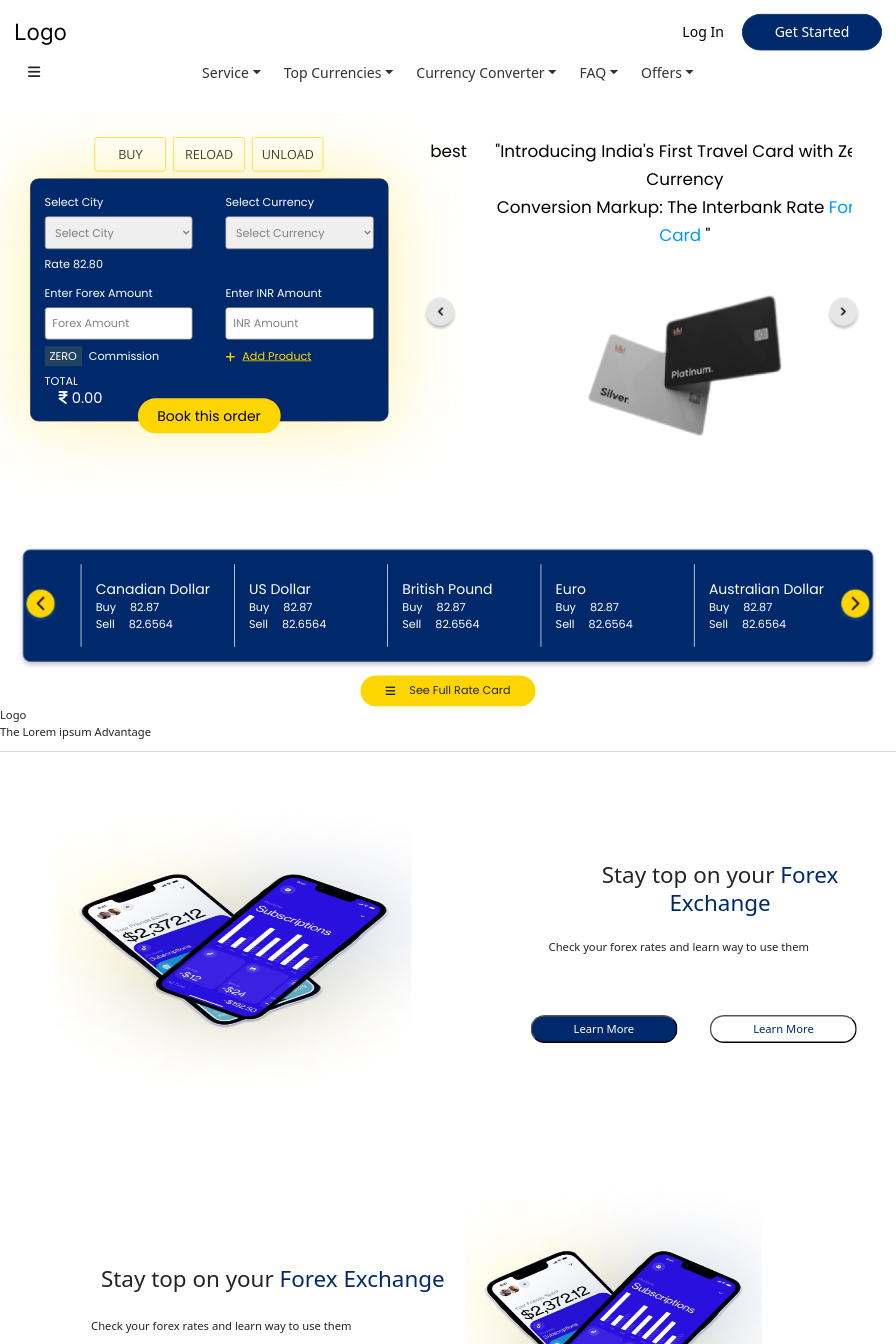
Repository: FlyweisReact/Akshadeep-latest
Page: /
The author's editor kept a copy of each file at every save. The page is drawn from the files as they stood at one save, then again after the next save.
The browser window is 1280 px wide. The pictures show the part of the page from y = 0 to 1920 px (the page is 4593 px tall), at 70% of full size.
Some web libraries are served in a nearby version. The project was rebuilt for these pictures with package versions that can differ from the ones it lists, and the page was loaded fresh each time. Also part of the build but not shown: src/components/exchange.jsx, src/components/order_p1.jsx, src/components/order_p2.jsx, src/components/faas.jsx, src/components/offer.jsx, src/components/main2.jsx, src/components/home.jsx, src/components/slider.jsx and 6 more.

Above is the page before, as saved 2023-05-23 15:58:08.

After the next save:
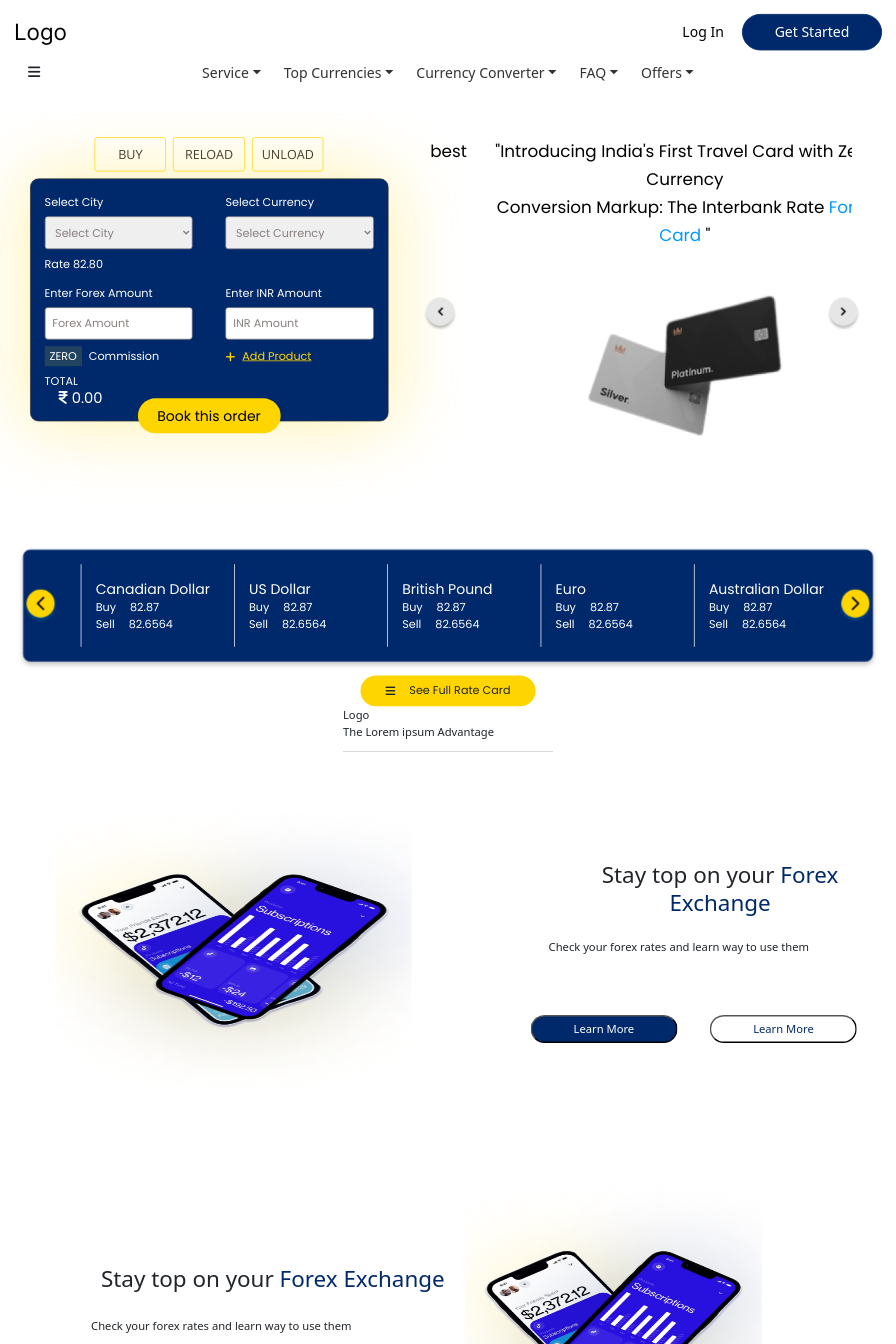
Saved 13 s later.
--- a/src/Style/Layout.css
+++ b/src/Style/Layout.css
@@ -50,5 +50,7 @@
 
 /* Index_center_Div */
 .Index_center_Div {
-    width: ;
+    width: 300px;
+    display: block;
+    margin : auto
 }
